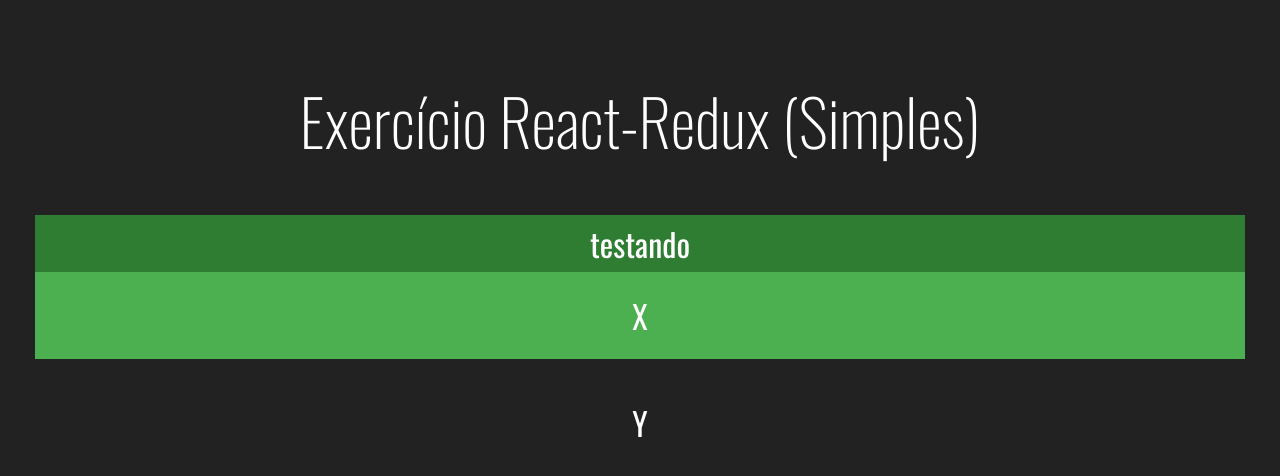
Repository: WellysonP/testando-react-redux
Page: /
An editor plug-in stored every save of this project. The page is shown before and after the next save, followed by the edit.
The browser window is 1280 px wide. The pictures show the whole page.
The project was rebuilt for these pictures with package versions that can differ from the ones it lists, and the page was loaded fresh each time.

Above is the page before, as saved 2023-01-12 17:44:26.

### public/index.html
<!DOCTYPE html>
<html lang="en">
  <head>
    <link rel="preconnect" href="https://fonts.googleapis.com">
<link rel="preconnect" href="https://fonts.gstatic.com" crossorigin>
<link href="https://fonts.googleapis.com/css2?family=Oswald:wght@200;300;400;500;600;700&display=swap" rel="stylesheet">
    <meta charset="utf-8" />
    <link rel="icon" href="%PUBLIC_URL%/favicon.ico" />
    <meta name="viewport" content="width=device-width, initial-scale=1" />
    <meta name="theme-color" content="#000000" />
    <meta
      name="description"
      content="Web site created using create-react-app"
    />
    <link rel="apple-touch-icon" href="%PUBLIC_URL%/logo192.png" />
    <!--
      manifest.json provides metadata used when your web app is installed on a
      user's mobile device or desktop. See https://developers.google.com/web/fundamentals/web-app-manifest/
    -->
    <link rel="manifest" href="%PUBLIC_URL%/manifest.json" />
    <!--
      Notice the use of %PUBLIC_URL% in the tags above.
      It will be replaced with the URL of the `public` folder during the build.
      Only files inside the `public` folder can be referenced from the HTML.

      Unlike "/favicon.ico" or "favicon.ico", "%PUBLIC_URL%/favicon.ico" will
      work correctly both with client-side routing and a non-root public URL.
      Learn how to configure a non-root public URL by running `npm run build`.
    -->
    <title>React App</title>
  </head>
  <body>
    <noscript>You need to enable JavaScript to run this app.</noscript>
    <div id="root"></div>
    <!--
      This HTML file is a template.
      If you open it directly in the browser, you will see an empty page.

      You can add webfonts, meta tags, or analytics to this file.
      The build step will place the bundled scripts into the <body> tag.

      To begin the development, run `npm start` or `yarn start`.
      To create a production bundle, use `npm run build` or `yarn build`.
    -->
  </body>
</html>

### src/index.css
body{
  background-color: #222;
  font-size: 2rem;
  font-family: Oswald;
  color: #fff;
  margin: 30px;
}

### src/App.js
import logo from './logo.svg';
import './App.css';
import Card from './components/Card';

function App() {
  return (
    <div className="App">
      <h1>Exercício React-Redux (Simples)</h1>
      <div className='linha'>
      <Card title="testando" green>
        X
        </Card>
      </div>
      <div className='linha'>
      <Card>
        Y
        </Card>
      </div>
    </div>
  );
}

export default App;

### src/App.css
.App{
  display: flex;
  flex-direction: column;
  text-align: center;
}

h1{
  font-weight: 200;
}

.linha{
  display: flex;
}

### src/components/Card.jsx
import "./Card.css"

function getColor(props){
    if(props.red) return "Red"
    if(props.green) return "Green"
    if(props.blue) return "Blue"
    if(props.purple) return "Purple"
    return""
}

export default props => {
    return (
        <div className={`Card ${getColor(props)}`}>
            <div className="Header">
                <span className="Title">{props.title}</span>
            </div>
            <div className="Content">
                {props.children}
            </div>
        </div>
    )
}

### src/components/Card.css
.Card{
    flex: 1;
    display: flex;
    flex-direction: column;
    margin: 5px;
}

.Card .Header{
    display: flex;
    flex-direction: row;
    justify-content: center;
}

.Card .Header .Title{
    flex: 1;
    padding: 5px;
}

.Card .Content{
    padding: 20px;
}

.Card.Red .Header{ color: #fff; background-color: #c62828;}
.Card.Red .Content{ color: #fff; background-color: #f44336;}

.Card.Green .Header{ color: #fff; background-color: #2e7d32;}
.Card.Green .Content{ color: #fff; background-color: #4caf50;}

.Card.Blue .Header{ color: #fff; background-color: #1565c0;}
.Card.Blue .Content{ color: #fff; background-color: #2196f3;}

.Card.Purple .Header{ color: #fff; background-color: #6A1B7e;}
.Card.Purple .Content{ color: #fff; background-color: #9c27b0;}

Loaded but not shown: src/index.js (common file); src/reportWebVitals.js (common file)

After the next save:
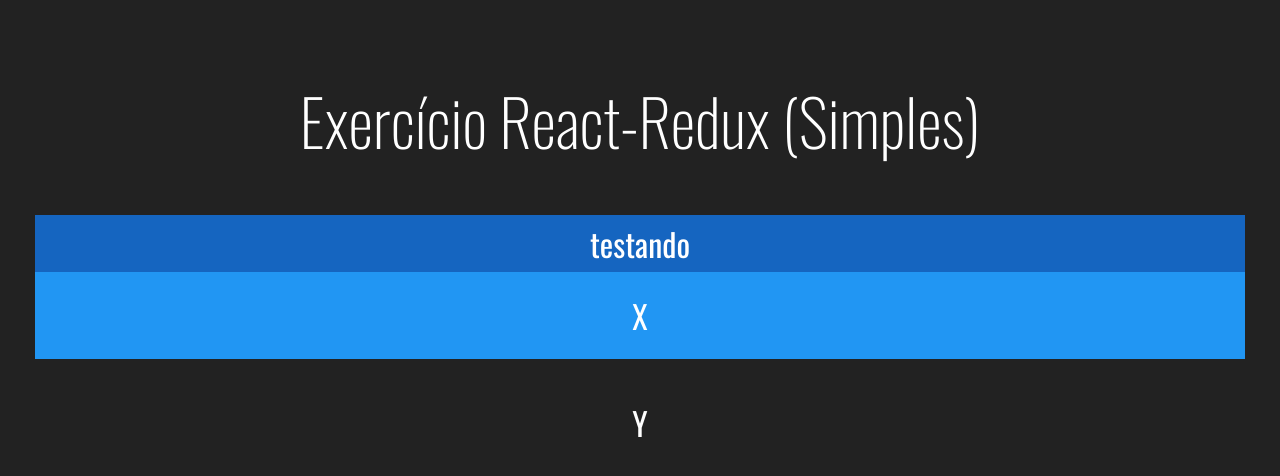
Saved 4 s later.
--- a/src/App.js
+++ b/src/App.js
@@ -7,7 +7,7 @@ function App() {
     <div className="App">
       <h1>Exercício React-Redux (Simples)</h1>
       <div className='linha'>
-      <Card title="testando" green>
+      <Card title="testando" blue>
         X
         </Card>
       </div>
